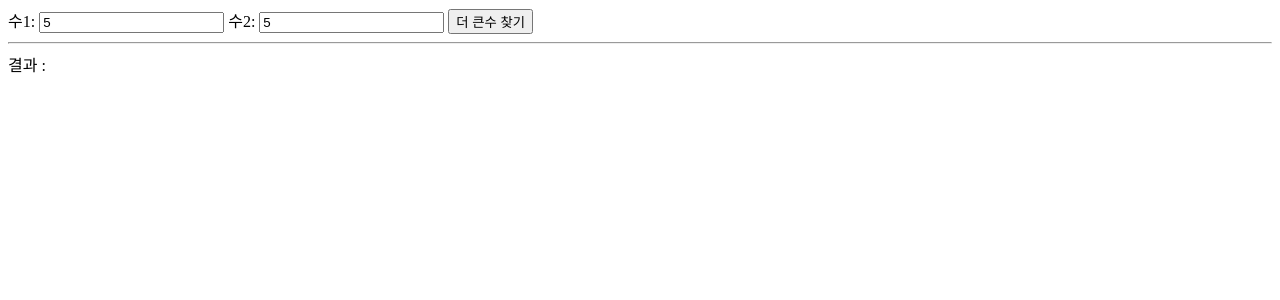
Repository: Jin0207/javaScript
Page: day0103/src/main/webapp/maxTest2.html
The author's editor kept a copy of each file at every save. The page is drawn from the files as they stood at one save, then again after the next save.
The browser window is 1280 px wide. The pictures show the whole page.
Empty fields were first filled with sample values (such as "Sample", 5 or name@example.com).
After loading, the first visible `button` was clicked once.

Above is the page before, as saved 2022-01-03 06:36:20.
Console error: SyntaxError: Unexpected token ';'

After the next save:
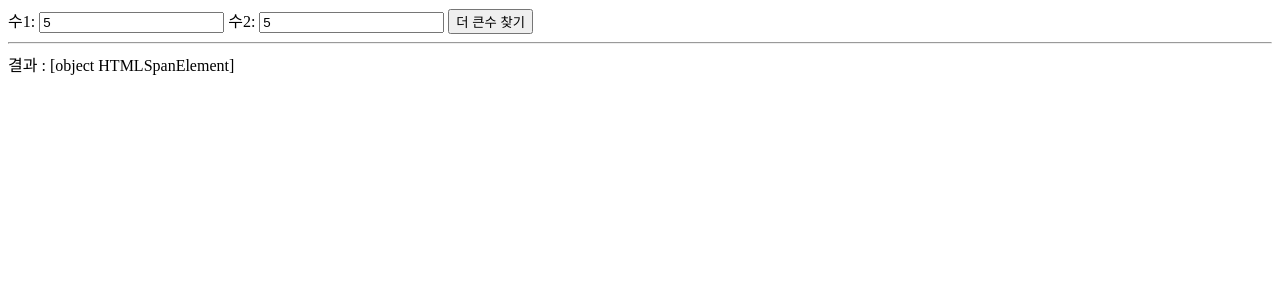
The error is gone.
Saved 16 s later.
--- a/day0103/src/main/webapp/maxTest2.html
+++ b/day0103/src/main/webapp/maxTest2.html
@@ -8,7 +8,7 @@
 		const num1 = Number(document.getElementById("num1").value);
 		const num2 = Number(document.getElementById("num2").value);
 
-		(num1 > num2)? num1; num2;
+		(num1 > num2)? num1: num2;
 
 		document.getElementById("result").innerHTML = result;
 
